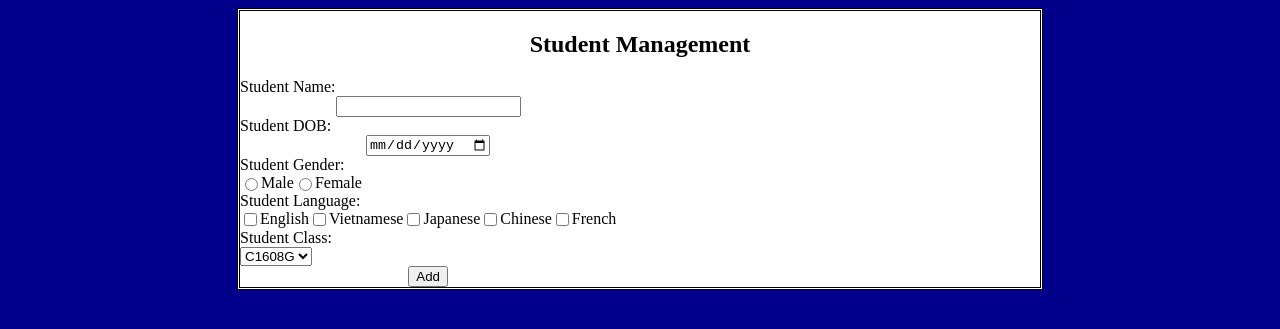
Repository: AnhDuc0125/HTML-Aptech
Page: exam/nextPage.html
The author's editor kept a copy of each file at every save. The page is drawn from the files as they stood at one save, then again after the next save.
The browser window is 1280 px wide. The pictures show the whole page.

Above is the page before, as saved 2021-12-04 11:03:31.

After the next save:
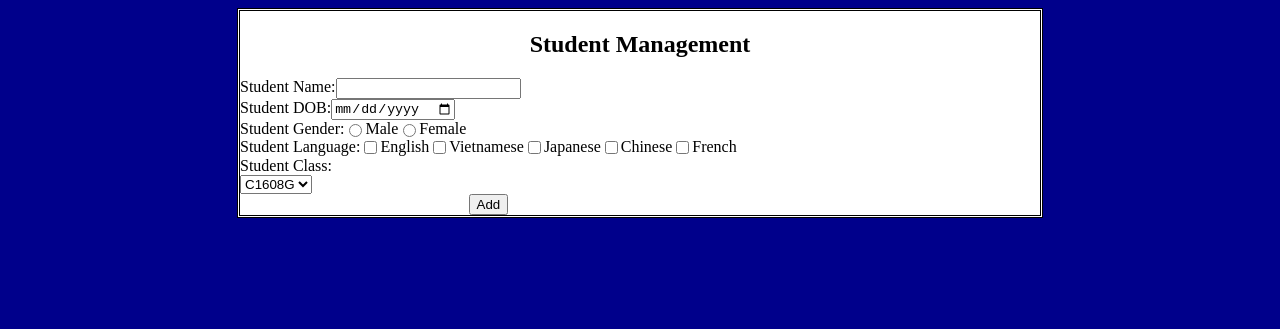
Saved 25 s later.
--- a/exam/style1.css
+++ b/exam/style1.css
@@ -18,6 +18,6 @@ label , .input_container{
     display: table-cell;
 }
 
-.input_container {
+.input_container, .form_control {
     display: flex;
 }
